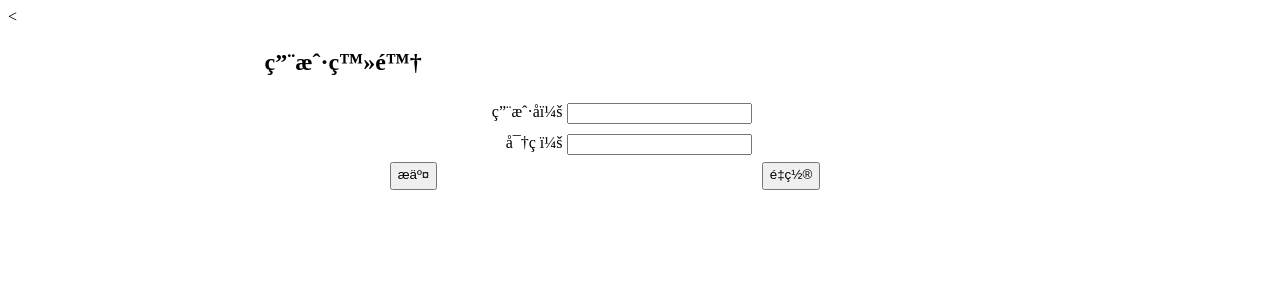
Repository: Lansefanggezi/JavaWeb
Page: http://localhost/Login-MVC/
The author's editor kept a copy of each file at every save. The page is drawn from the files as they stood at one save, then again after the next save.
The browser window is 1280 px wide. The pictures show the whole page.
The page is served by Tomcat 9.

Above is the page before, as saved 2018-04-01 01:21:51.

After the next save:
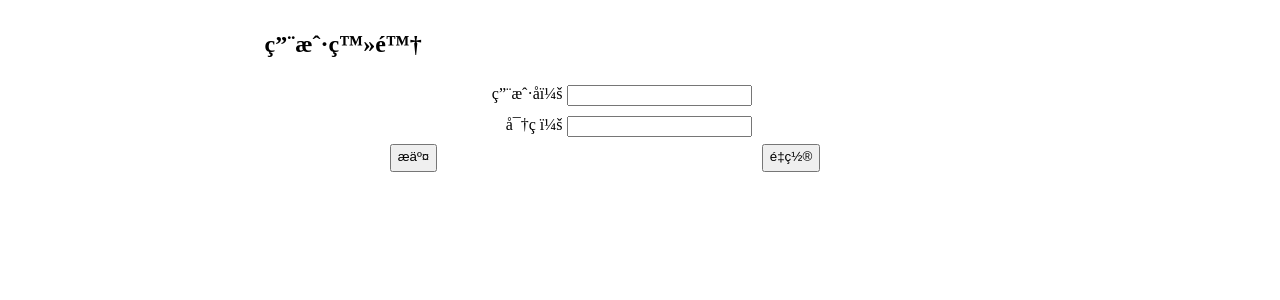
Saved 4 s later.
--- a/Login-MVC/WebContent/Login.jsp
+++ b/Login-MVC/WebContent/Login.jsp
@@ -4,7 +4,6 @@
 <html>
 <head>
 <meta http-equiv="Content-Type" content="text/html; charset=ISO-8859-1">
-<<head>
 	<title>登陆</title>
 	<script type="text/javascript">
 	function check(){
